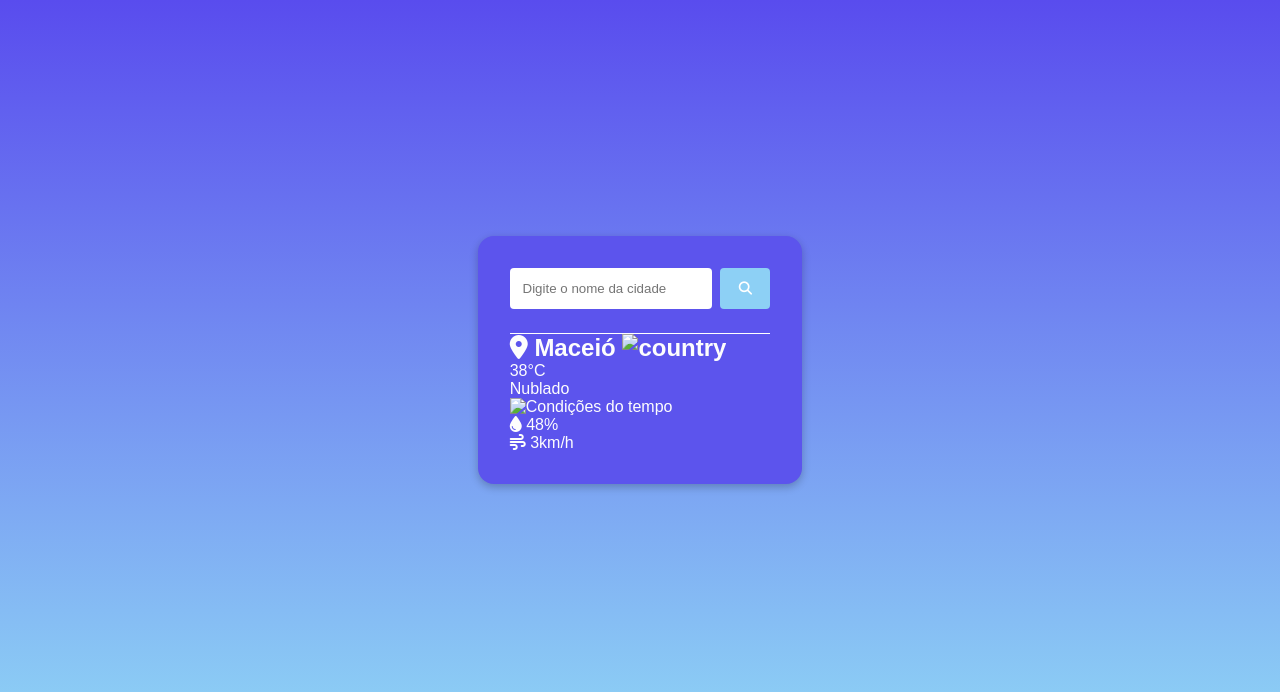
Repository: eziocdl/Weather--API
Page: index.html
An editor plug-in stored every save of this project. The page is shown before and after the next save, followed by the edit.
The browser window is 1280 px wide. The pictures show the whole page.

Above is the page before, as saved 2023-06-19 15:56:52.

### index.html
<!DOCTYPE html>
<html lang="en">
<head>
    <meta charset="UTF-8">
    <meta name="viewport" content="width=device-width, initial-scale=1.0">
    <title>Weather Now</title>
    <link rel="stylesheet" href="css/styles.css" />
    <!---- Google Fonts-------->
    <link rel="preconnect" href="https://fonts.googleapis.com">
    <link rel="preconnect" href="https://fonts.gstatic.com" crossorigin>
    <link href="https://fonts.googleapis.com/css2?family=Poppins:wght@300;400;500;600;700&display=swap"
     rel="stylesheet"
    />

    <!-- Font Awesome ------------>
    <link rel="stylesheet" href="https://cdnjs.cloudflare.com/ajax/libs/font-awesome/6.4.0/css/all.min.css" integrity="sha512-iecdLmaskl7CVkqkXNQ/ZH/XLlvWZOJyj7Yy7tcenmpD1ypASozpmT/E0iPtmFIB46ZmdtAc9eNBvH0H/ZpiBw=="
     crossorigin="anonymous" referrerpolicy="no-referrer" />
    <script src="js/scripts.js" defer></script>
</head>
<body>
    <div class="container">
        <div class="form">
            <div class="form-input-container">
                <input type="text" placeholder="Digite o nome da cidade" id="city-input"
                />
                <button id="search">
                    <i class="fa-solid fa-magnifying-glass"></i>
                </button>
            </div>
        </div>
        <div id="weather-data">
            <h2>
                <i class="fa-solid fa-location-dot"></i>
                <span id="city">Maceió</span>
                <img src="" alt="country">
            </h2>
            <p id="temperature"><span>38</span>&deg;C</p>
            <div id="description-container">
                <p id="description">Nublado</p>
                <img src="" alt="Condições do tempo" id="weather-icon" />
            </div>
            <div class="details-container">
                <p id="umidity">
                    <i class="fa-solid fa-droplet"></i>
                      <span>48%</span>
                </p>
                <p id="wind">
                    <i class="fa-solid fa-wind"></i>
                    <span>3km/h</span>
                </p>
            </div>
        </div>
    </div>
</body>
</html>

### css/styles.css

* {
    padding: 0;
    margin: 0;
    font-family: "ubuntu", sans-serif;
}

body {
    background: linear-gradient(180deg, #594cee 0%, #8dd0f5 100%);
    display: flex;
    justify-content: center;
    align-items: center;
    height: 100vh;
}

.hide {
    display: none;
}

.container {
    background-color: #5c54ed;
    box-shadow: rgba(0, 0, 0, 0.24) 0px 3px 8px;
    padding: 2rem;
    color: #FDFDFD;
    border-radius: 1rem;

}

.form h3 {
    margin-bottom: 1rem;
}

.form-input-container {
    display: flex;
}

.form input {
    padding: 0.8rem;
    border: none;
    flex: 1;
    border-radius: 4px;
}

.form button {
    padding: 0.8rem;
    min-width: 50px;
    margin-left: 8px;
    background-color: #8dd0f5;
    color: #fff;
    border: none;
    border-radius: 4px;
    cursor: pointer;
}

#weather-data {
    border-top: 1px solid #fff;
    margin-top: 1.5rem;
}

### js/scripts.js
// ba0ed798b46f1b88b59226e7505deaa3

After the next save:
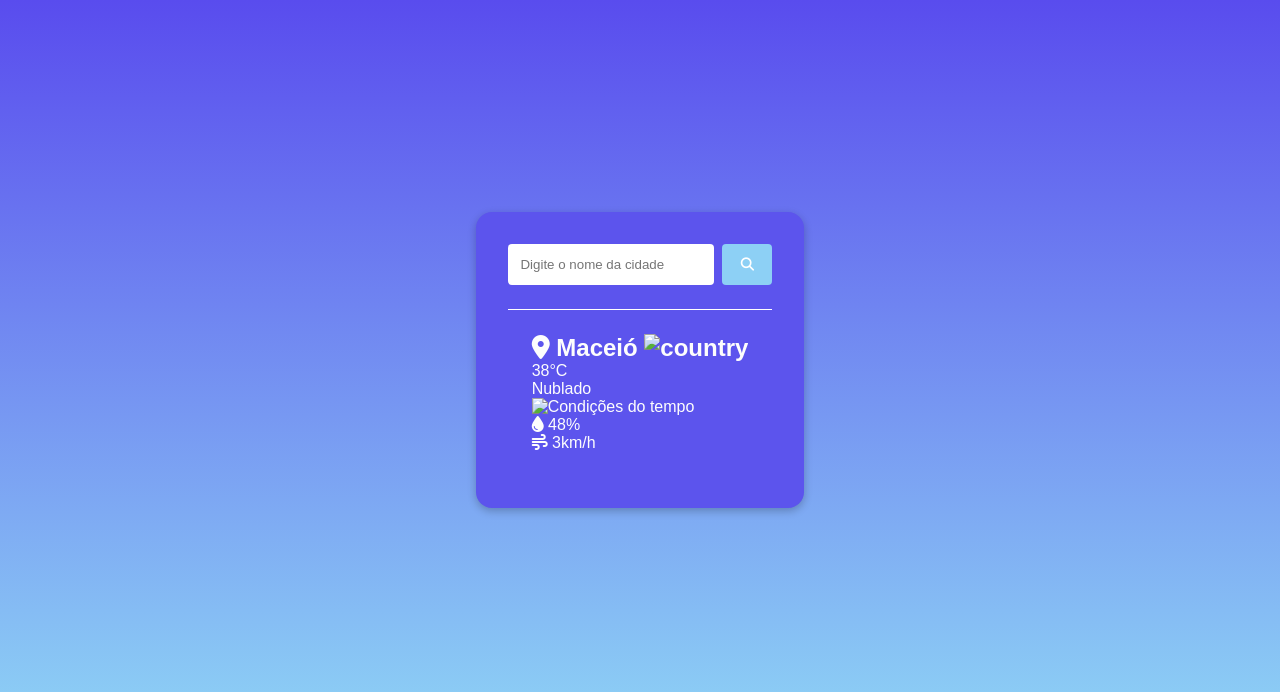
Saved 11 s later.
--- a/css/styles.css
+++ b/css/styles.css
@@ -55,4 +55,5 @@ body {
 #weather-data {
     border-top: 1px solid #fff;
     margin-top: 1.5rem;
+    padding: 1.5rem;
 }
